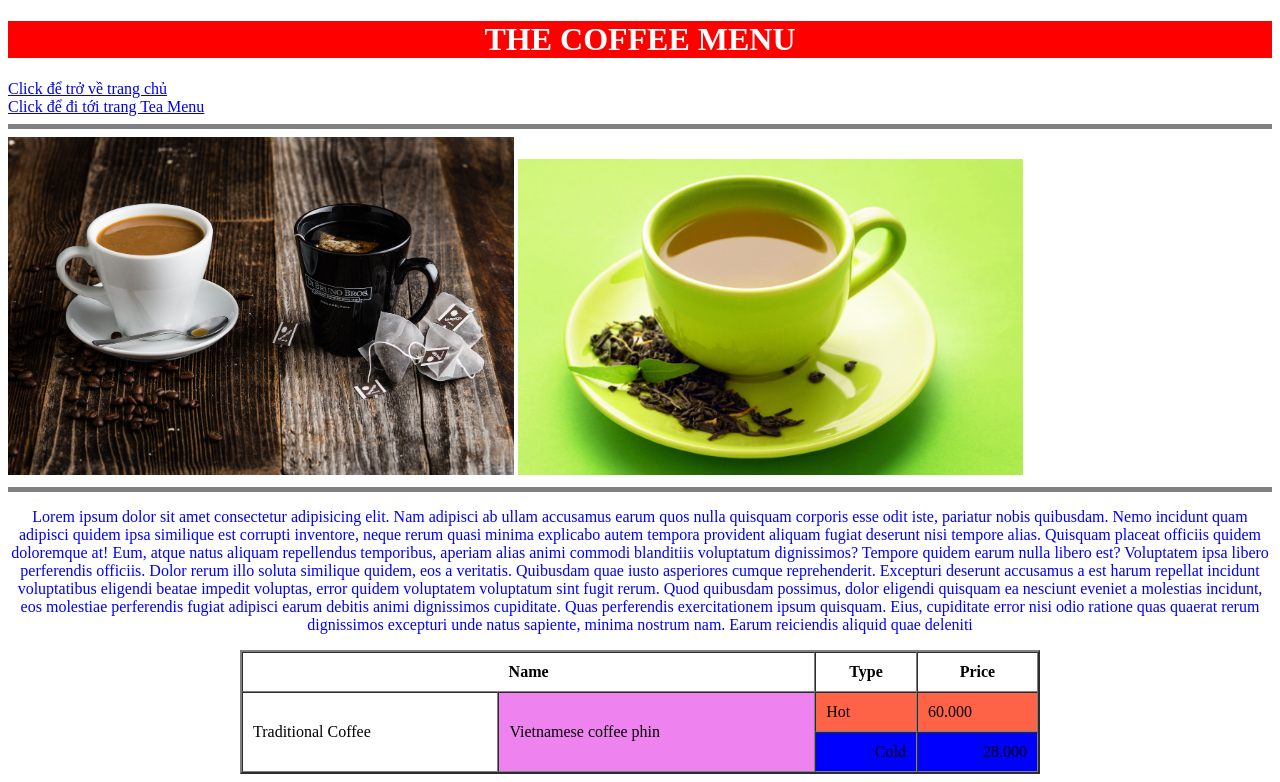
Repository: giahuy405/HomeWork_Coffee
Page: coffee.html
The author's editor kept a copy of each file at every save. The page is drawn from the files as they stood at one save, then again after the next save.
The browser window is 1280 px wide. The pictures show the whole page.

Above is the page before, as saved 2022-09-07 12:10:04.

After the next save:
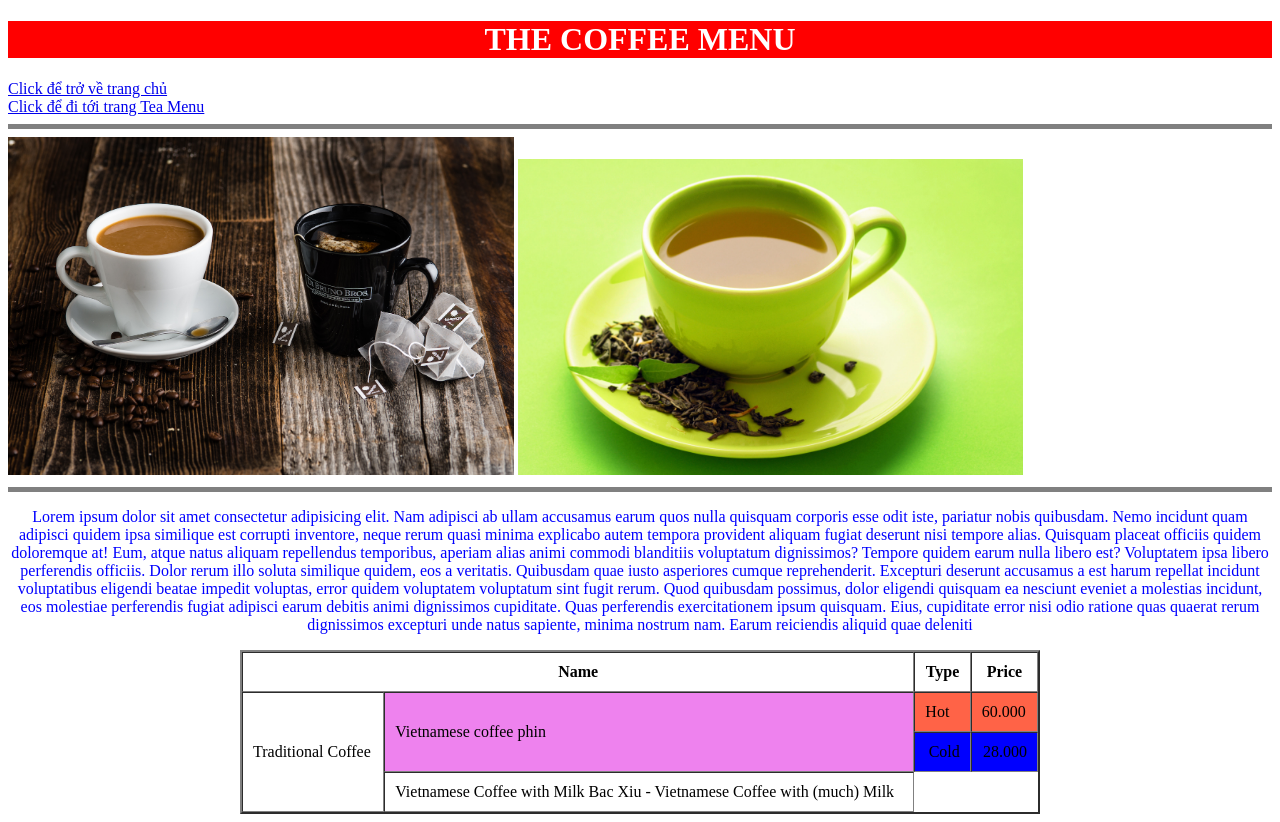
Saved 28 s later.
--- a/coffee.html
+++ b/coffee.html
@@ -33,6 +33,10 @@
             <td style="text-align:right;background-color:blue">Cold</td>
             <td style="text-align: right;background-color:blue">28.000</td>
         </tr>
+        <tr>
+            <td rowspan="2">Vietnamese Coffee with Milk
+                Bac Xiu - Vietnamese Coffee with (much) Milk</td>
+        </tr>
 
     </table>
 </body>
